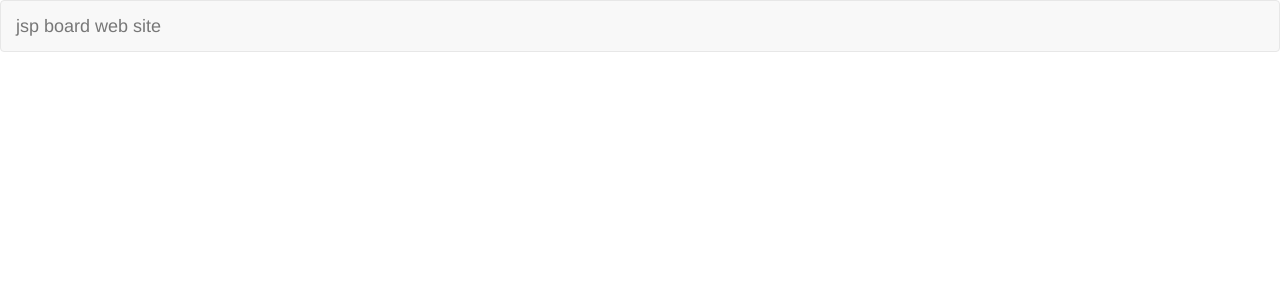
Repository: dudgh9661/JSP
Page: http://localhost/board/join.jsp
The author's editor kept a copy of each file at every save. The page is drawn from the files as they stood at one save, then again after the next save.
The browser window is 1280 px wide. The pictures show the whole page.
Some web libraries are served in a nearby version. The page is served by Tomcat 9.

Above is the page before, as saved 2020-08-05 05:42:21.

After the next save:
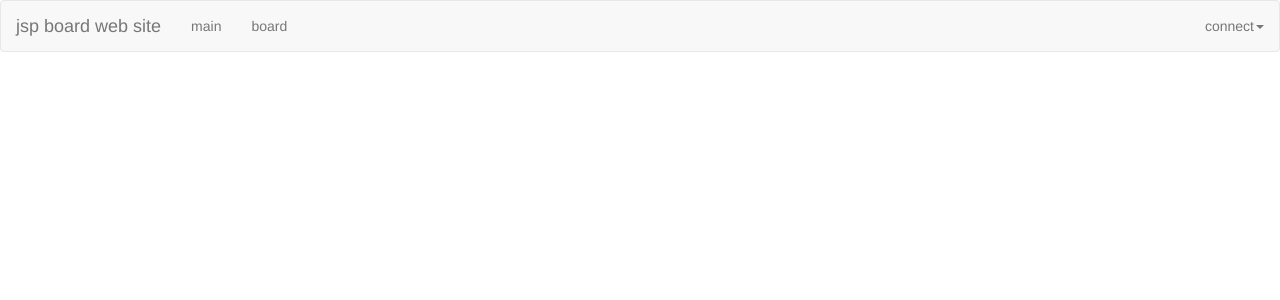
Saved 18 min 45 s later.
--- a/board/WebContent/join.jsp
+++ b/board/WebContent/join.jsp
@@ -20,6 +20,20 @@
 			</button>
 			<a class="navbar-brand" href="main.jsp">jsp board web site</a>
 		</div>
+		<div class="collpase navbar-collapse" id="bs-example-navbar-collapse-1">
+			<ul class="nav navbar-nav">
+				<li><a href="main.jsp">main</a></li>
+				<li><a href="bbs.jsp">board</a></li>
+			</ul>
+			<ul class="nav navbar-nav navbar-right">
+				<li class="dropdown">
+					<a href="#" class="dropdown-toggle"
+						data-toggle="dropdown" role="button" aria-haspopup="true"
+						aria-expanded="false">connect<span class="caret"></span>
+					</a>
+				</li>
+			</ul>
+		</div>
 	</nav>
 	 <script src="https://ajax.googleapis.com/ajax/libs/jquery/3.2.1/jquery.min.js"></script>
  	<script src="https://maxcdn.bootstrapcdn.com/bootstrap/3.3.7/js/bootstrap.min.js"></script>
